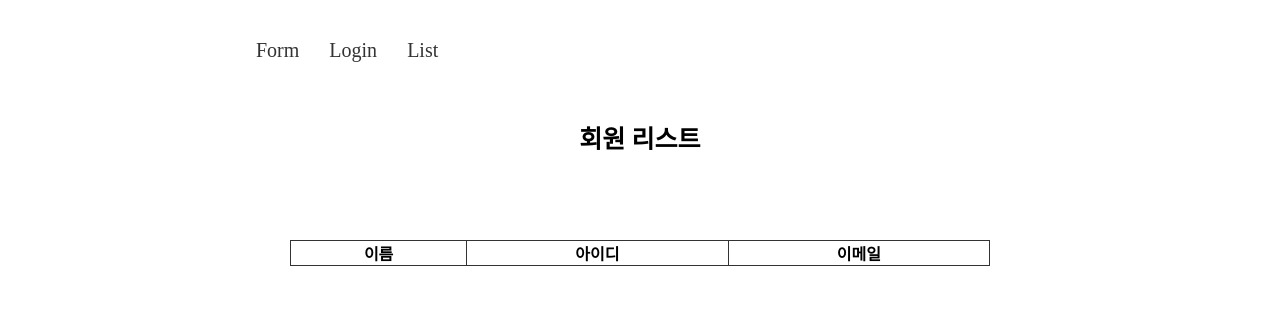
Repository: zeroj-0/eclipseProjects
Page: http://localhost/jv301/mod010/user_list.do
The author's editor kept a copy of each file at every save. The page is drawn from the files as they stood at one save, then again after the next save.
The browser window is 1280 px wide. The pictures show the whole page.
The page is served by Tomcat 9. Other server files are loaded and not shown. Queries for data that is not in the repository find no rows.

Above is the page before, as saved 2022-07-07 06:52:43.

### jv301/src/main/webapp/mod010/user_list.jsp
<%@ page language="java" contentType="text/html; charset=UTF-8" pageEncoding="UTF-8"%>
<%@ taglib prefix="c" uri="http://java.sun.com/jsp/jstl/core" %>
<!DOCTYPE html>
<html>
<head>
<meta charset="UTF-8">
<title>Insert title here</title>
<link rel="stylesheet" href="./fixmethod.css">
<link rel="stylesheet" href="./style.css">
<style>
	table {
		border: 1px solid #333;
		width: 100%;
		margin: 0 auto;
		border-collapse: collapse;
	}
	table tr {
		height: 25px;
	}
	table td {
		border: 1px solid #333;
		width: 100px;
		text-align: center;
	}
	table th {
		border: 1px solid #333;
	}
</style>
</head>
<body>
<div id="wrapper">
	<div id="header">
		<%@ include file="/incl/menu.jsp" %>
	</div>
<h3 class="title">회원 리스트</h3>
	<div class="container">
				<table>
					<tr>
						<th>이름</th><th>아이디</th><th>이메일</th>
					</tr>
					<c:forEach var="user" items="${user}">
						<tr>
							<td>
								${user.getUserName()}
							</td>
							<td>
								${user.getUserId()}
							</td>
							<td>
								${user.getEmail()}
							</td>
						</tr>
					</c:forEach>
				</table>
	</div>
</div>
</body>
</html>

### jv301/src/main/webapp/incl/menu.jsp
<%@ page language="java" contentType="text/html; charset=UTF-8"  pageEncoding="UTF-8"%>

<div class="gnb">
	<ul>
		<li><a href="add_user.jsp">Form</a></li>
		<li><a href="login">Login</a></li>
		<li><a href="user_list.do">List</a></li>
	</ul>
</div>

### jv301/src/main/java/com/varxyz/jv301/mod010/UserListServlet.java
package com.varxyz.jv301.mod010;

import java.io.IOException;
import java.util.List;

import javax.servlet.RequestDispatcher;
import javax.servlet.ServletException;
import javax.servlet.annotation.WebServlet;
import javax.servlet.http.HttpServlet;
import javax.servlet.http.HttpServletRequest;
import javax.servlet.http.HttpServletResponse;

@WebServlet("/mod010/user_list.do")
public class UserListServlet extends HttpServlet {
	private UserService userService;
	private static final long serialVersionUID = 1L;

	protected void doGet(HttpServletRequest request, HttpServletResponse response) throws ServletException, IOException {
		userService = UserService.getInstance();
		List<User> userList = userService.getAllUsers();
		request.setAttribute("user", userList);

		RequestDispatcher dispatcher = null;
		dispatcher = request.getRequestDispatcher("user_list.jsp");
		dispatcher.forward(request, response);
	}

	protected void doPost(HttpServletRequest request, HttpServletResponse response) throws ServletException, IOException {
		request.setCharacterEncoding("utf-8");

		String userId = request.getParameter("userId");

		request.setAttribute("userId", userId);

		RequestDispatcher dispatcher = null;
		dispatcher = request.getRequestDispatcher("update.jsp");
		dispatcher.forward(request, response);
	}

}

### jv301/src/main/java/com/varxyz/jv301/mod010/UserDao.java
package com.varxyz.jv301.mod010;

import java.sql.Connection;
import java.sql.PreparedStatement;
import java.sql.ResultSet;
import java.sql.SQLException;
import java.util.ArrayList;
import java.util.List;

public class UserDao {
	DataSource dataSource = null;

	public UserDao() {
		NamingService namingService = NamingService.getInstance();
		dataSource = (DataSource)namingService.getAttribute("dataSource");
	}

	public List<User> findAllUsers() {
		String sql = "SELECT * FROM User";
		List<User> userList = new ArrayList<User>();
		try {
			Connection con = null;
			PreparedStatement pstmt = null;
			ResultSet rs = null;
			try {
				con = dataSource.getConnection();
				pstmt = con.prepareStatement(sql);
				rs = pstmt.executeQuery();

				while(rs.next()) {
					User user = new User();
					user.setUserId(rs.getString("id"));
					user.setUserName(rs.getString("name"));
					user.setEmail(rs.getString("email"));
					user.setAddr(rs.getString("addr"));

					userList.add(user);
				}
			} finally {
				dataSource.close(rs, pstmt, con);
			}
		} catch (SQLException e) {
			e.printStackTrace();
		}
		return userList;
	}

	public void addUser(User user) {
		String sql = "INSERT INTO User(id,passwd,name,email,addr,ssn) VALUES (?,?,?,?,?,?)";
		try {
			Connection con = null;
			PreparedStatement pstmt = null;

			con = dataSource.getConnection();
			pstmt = con.prepareStatement(sql);

			pstmt.setString(1, user.getUserId());
			pstmt.setString(2, user.getPasswd());
			pstmt.setString(3, user.getUserName());
			pstmt.setString(4, user.getEmail());
			pstmt.setString(5, user.getAddr());
			pstmt.setString(6, user.getSsn());

			pstmt.executeUpdate();
			dataSource.close(pstmt, con);
		} catch (Exception e) {
			e.printStackTrace();
		}
	}
	public String findUserId(String userId) {
		String sql = "SELECT id FROM User WHERE id=?";
		String id = null;
		try {
			Connection con = null;
			PreparedStatement pstmt = null;
			ResultSet rs = null;
			try {
				con = dataSource.getConnection();
				pstmt = con.prepareStatement(sql);
				pstmt.setString(1, userId);

				rs = pstmt.executeQuery();

				if(rs.next()) {
					id= rs.getString("id");
				}

			} finally {
				dataSource.close(rs,pstmt, con);
			}
		} catch(Exception e) {
			e.printStackTrace();
		}
		if(id==null) {
			id="";
		}
		return id;
	}

	public String findUserPasswd(String passwd) {
		String sql = "SELECT passwd FROM User WHERE passwd=?";
		String pw = null;
		try {
			Connection con = null;
			PreparedStatement pstmt = null;
			ResultSet rs = null;
			try {
				con = dataSource.getConnection();
				pstmt = con.prepareStatement(sql);
				pstmt.setString(1, passwd);
				rs = pstmt.executeQuery();

				if(rs.next()) {
					pw= rs.getString("passwd");
				}

			} finally {
				dataSource.close(rs,pstmt, con);
			}
		} catch(Exception e) {
			e.printStackTrace();
		}
		if(pw==null) {
			pw = "";
		}
		return pw;
	}
	public User findUserByUserId(String userId) {
		String sql = "SELECT id,passwd,name,email,addr,ssn FROM User WHERE id=?";
		User user = new User();
		try  {
			Connection con = null;
			PreparedStatement pstmt = null;
			ResultSet rs = null;
			try {
				con = dataSource.getConnection();
				pstmt = con.prepareStatement(sql);
				pstmt.setString(1, userId);
				rs = pstmt.executeQuery();

				while(rs.next()) {
					user.setUserId(rs.getString("id"));
					user.setUserId(rs.getString("passwd"));
					user.setUserName(rs.getString("name"));
					user.setSsn(rs.getString("ssn"));
					user.setEmail(rs.getString("email"));
					user.setAddr(rs.getString("addr"));
					user.setSsn(rs.getString("ssn"));
				}
			} finally {
				dataSource.close(rs, pstmt, con);
			}
		} catch(Exception e) {
			e.printStackTrace();
		}
		return user;
	}
}

### jv301/src/main/webapp/mod010/fixmethod.css
@charset "UTF-8";
* { box-sizing: border-box; margin: 0; padding: 0;}
ul, li {list-style: none;}
a {text-decoration: none; color: #333;}

.gnb {
  width: 100%;
  height: 70px;
  float: left;
  padding-left: 20%;
}
ul li {
  float: left;
  height: 100%;
  margin-left: 30px;
}
ul li:first-child {
  margin-left: 0;
}

a {
  line-height: 70px;
  font-size: 20px;
}
a:hover {
  color: #000;
  font-weight: 600;
}
#header {
	height: 100px;
	width: 100%;
	text-align: center;
	font-size: 20px;
	line-height: 100px;
}
#footer {
	margin-top: 100px;
	text-align: center;
}

### jv301/src/main/webapp/mod010/style.css
@charset "UTF-8";
* { box-sizing: border-box; margin: 0; padding: 0;}
ul, li {list-style: none;}
a {text-decoration: none; color: #333;}

.container {
  padding-top: 60px;
  display: flex;
  flex-wrap: wrap;
  height: 100%;
  width: 700px;
  margin: 0 auto;
}
form {
  width: 100%;
}
h3 {
  font-size: 25px;
  width: 100%;
}
.d {
  height: 50px;
  width: 100%;
  display: flex;
  justify-content: left;
  align-items: center;
  margin-top: 10px;
}
.d > input {
  height: 35px;
  line-height: 35px;
  padding-left: 5px;

}
select {
  height: 35px;
  width: 150px;
  font-size: 15px;
}
span.email {
  margin: 0 5px;
}
.checkbox-layout {
  height: 100px;
}
.inner-box {
  margin: 0;
  display: block;
  width: 100%;
  height: 100%;
}
.inner-box h2 {
  width: 100%;
}
.box {
  display: inline-block;
  width: 18%;
  position: relative;
  overflow: hidden;
}
.box label {
  position: absolute;
  top: 14px;
  left: 20px;
}
.box input {
  height: 50px;
}
span {
  font-size: 18px;
  font-weight: 400;
  color: #333;
}
.btn {
  justify-content: center;
  width: 80px;
  height: 40px;
  margin: 0 auto;
  background: #f9f9f9;
  border-radius: 12px;
  border: 1px solid #000;
  margin-top: 20px;
}
button {
	border-style: none;
}
button.btn-inner {
  border-style: none;
  height: 40px;
  width: 75px;
  font-size:20px;
  background: none;
  cursor: pointer;
}
.address1 {
	width: 250px;
	margin-right: 10px;
}

.title {
	width: 100%;
	text-align: center;
	height: 80px;
	line-height: 80px;
}

After the next save:
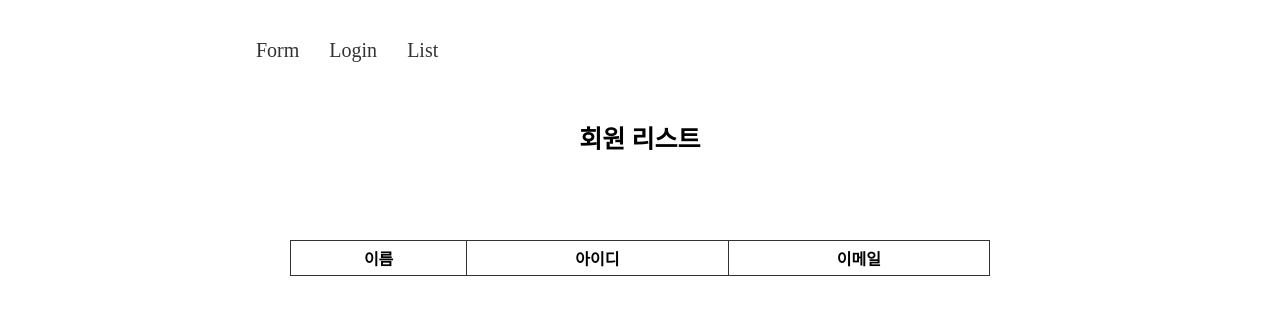
Saved 5 s later.
--- a/jv301/src/main/webapp/mod010/user_list.jsp
+++ b/jv301/src/main/webapp/mod010/user_list.jsp
@@ -15,7 +15,7 @@
 		border-collapse: collapse;
 	}
 	table tr {
-		height: 25px;
+		height: 35px;
 	}
 	table td {
 		border: 1px solid #333;
